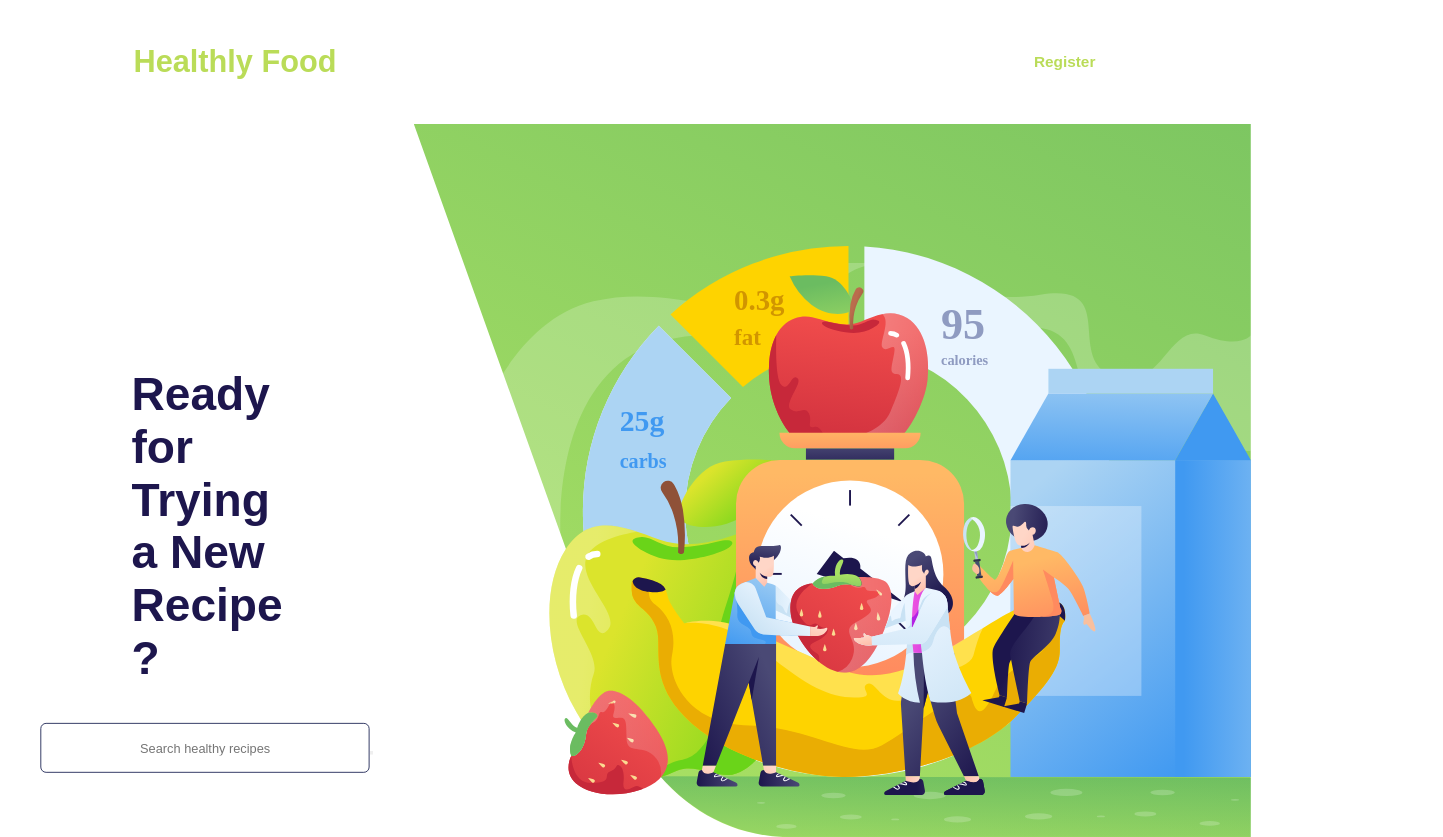
Repository: LuccaCasalecchi/HealthyFood
Page: /
An editor plug-in stored every save of this project. The page is shown before and after the next save, followed by the edit.
The browser window is 1280 px wide. The page is 1303 px wide, then 1503 px, then 1303 px, so the pictures cover 1503 px, including what lies to the right of the window. The pictures show the whole page, at 96% of full size.
The project was rebuilt for these pictures with package versions that can differ from the ones it lists, and the page was loaded fresh each time.

Above is the page before, as saved 2021-08-17 21:38:29.

### src/App.js
import React from 'react'
import LandingPage from './pages/LandingPage/LandingPage';

function App() {
  return (
    <div className="App">
      <LandingPage/>
    </div>
  );
}

export default App;

### src/pages/LandingPage/LandingPage.jsx
import React from "react";
import Header from "../../components/Header/Header";
import Illustration from "../../images/Illustration.svg";
import Input from "../../components/Input/Input";
import "./LandingPage.css";

export default function LandingPage() {
  return (
    <div className="components-container">
      <Header />
      <div className="search-recipes">
        <div className="subtitle">
          <h2>
            Ready for
            <br />
            Trying a New
            <br />
            Recipe ?
          </h2>
          <div className="input-container">
          <Input/>
          </div>
        </div>
        <img src={Illustration} alt="" />
      </div>
    </div>
  );
}

### src/components/Header/Header.jsx
import React from 'react'
import './Header.css'

export default function Header() {
  return (
    <div className="header-container">
        <a href="#" className="logo">Healthly Food</a>
        <a href="#" className="register">Register</a>
    </div>
  )
}

### src/components/Input/Input.jsx
import React from 'react'
import './Input.css'

export default function Input() {
  return (
    <div>
      <input
      type="text"
      placeholder="Search healthy recipes"/>

      <button></button>
    </div>
  )
}

### src/pages/LandingPage/LandingPage.css
* {
  margin: 0;
  padding: 0;
  box-sizing: border-box;
  font-family: sans-serif;
}

.search-recipes {
  display: flex;
  justify-content: space-between;
  align-items: center;
}

.subtitle {
  display: flex;
  justify-content: center;
  align-items: center;
  flex-direction: column;
}

.subtitle h2 {
  font-size: 48px;
  color: #1d164d;
  text-align: left;
  padding: 187px 137px 40px;
}

### src/components/Header/Header.css
.header-container{
  display: flex;
  justify-content: space-between;
  align-items: center;
  padding: 46px 0;
}

.header-container a {
  text-decoration: none;
  color: #BADC58;
  font-weight: 700;
  padding: 0 139px;
}

.header-container .logo{
  font-size: 32px;

}

.header-container .register{
  font-size: 16px;

}

### src/components/Input/Input.css
input{
  width: 343px;
  height: 52px;
  border-radius: 6px;
  border: 1px solid #2D3561;
  text-align: center;
}

Loaded but not shown: public/index.html (common file); src/index.js (common file)

After the next save:
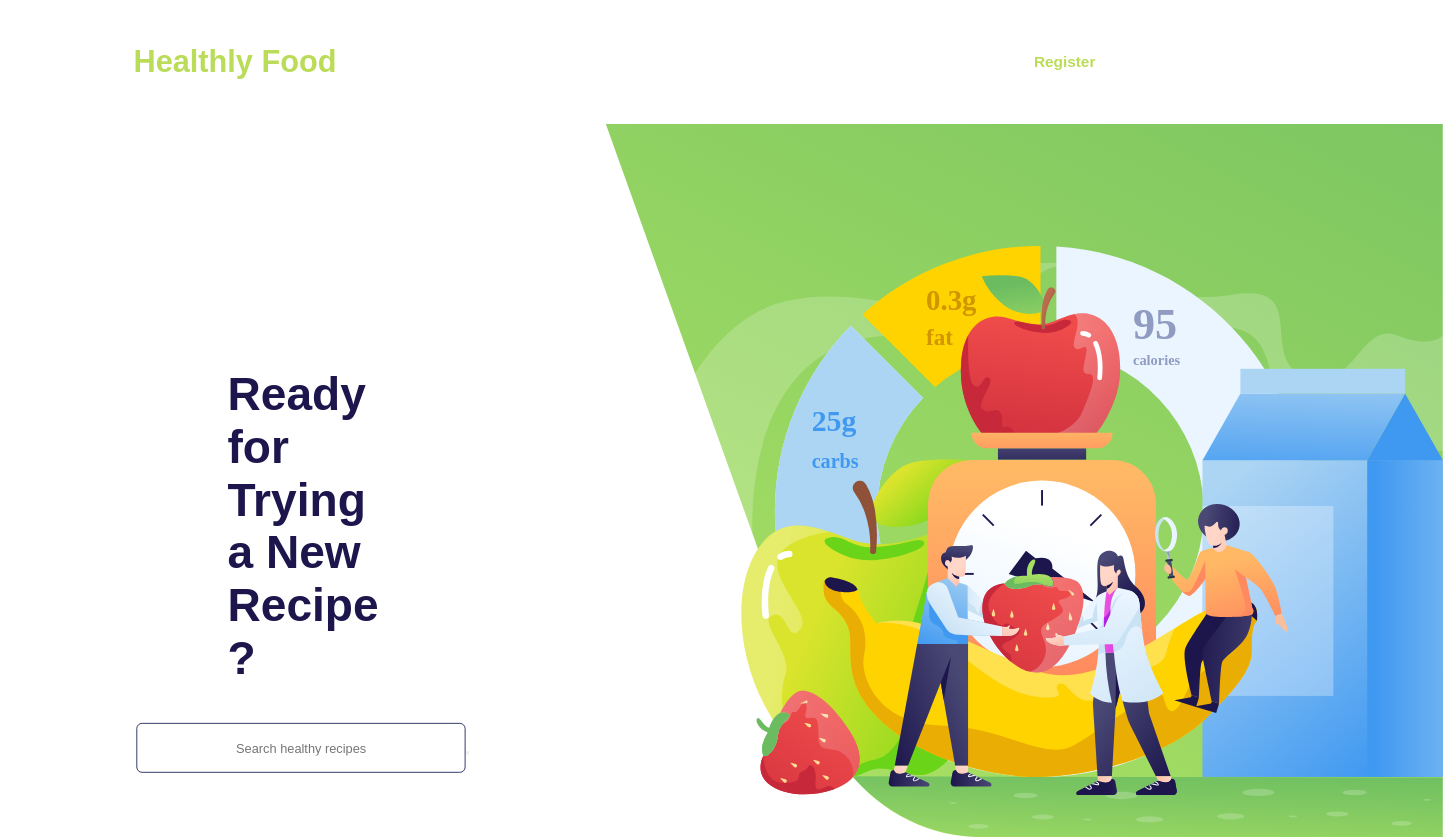
Saved 5 s later.
--- a/src/pages/LandingPage/LandingPage.css
+++ b/src/pages/LandingPage/LandingPage.css
@@ -22,5 +22,5 @@
   font-size: 48px;
   color: #1d164d;
   text-align: left;
-  padding: 187px 137px 40px;
+  padding: 187px 237px 40px;
 }

After the save that followed:
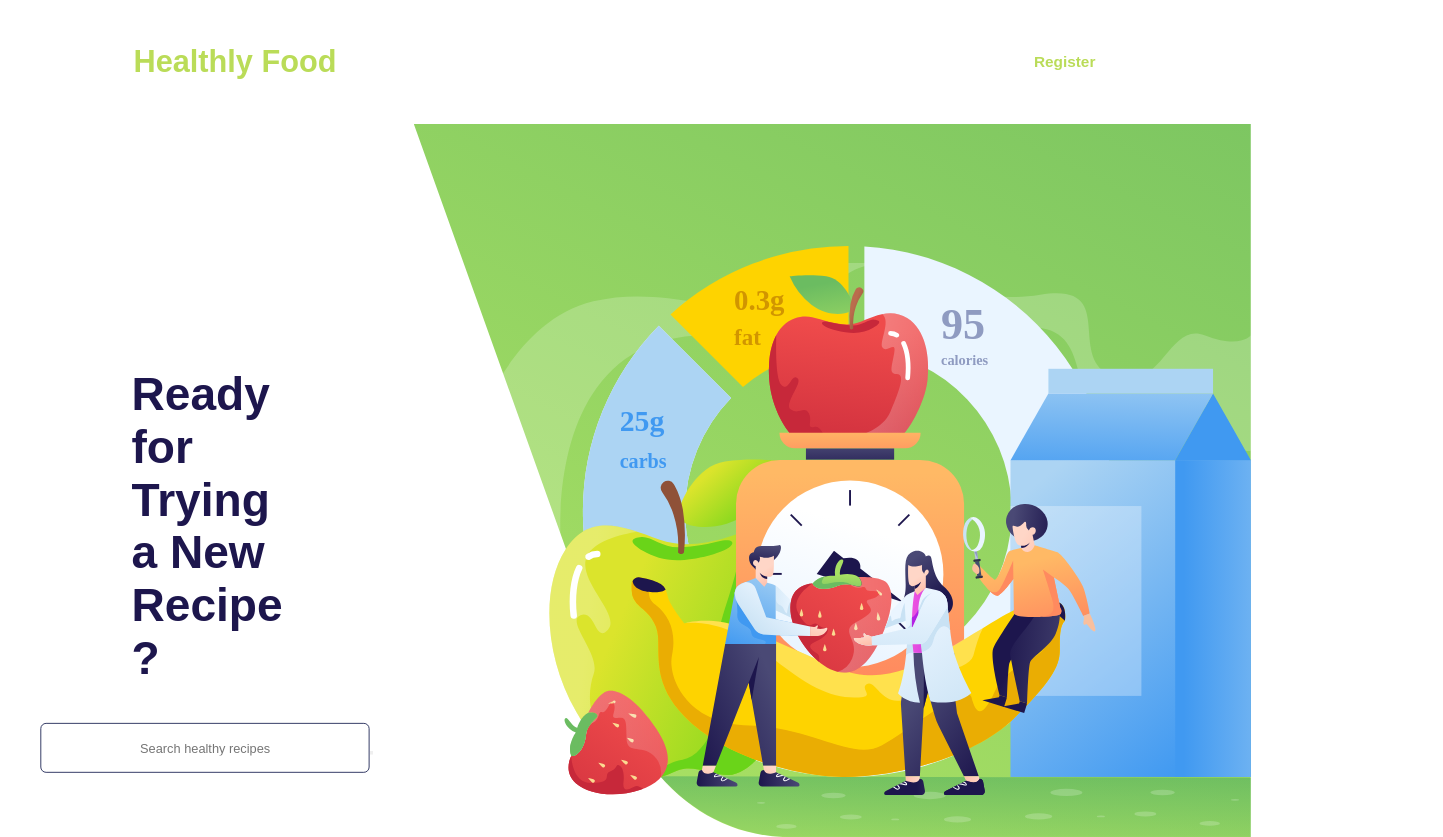
Saved 4 s later.
--- a/src/pages/LandingPage/LandingPage.css
+++ b/src/pages/LandingPage/LandingPage.css
@@ -22,5 +22,5 @@
   font-size: 48px;
   color: #1d164d;
   text-align: left;
-  padding: 187px 237px 40px;
+  padding: 187px 137px 40px;
 }
